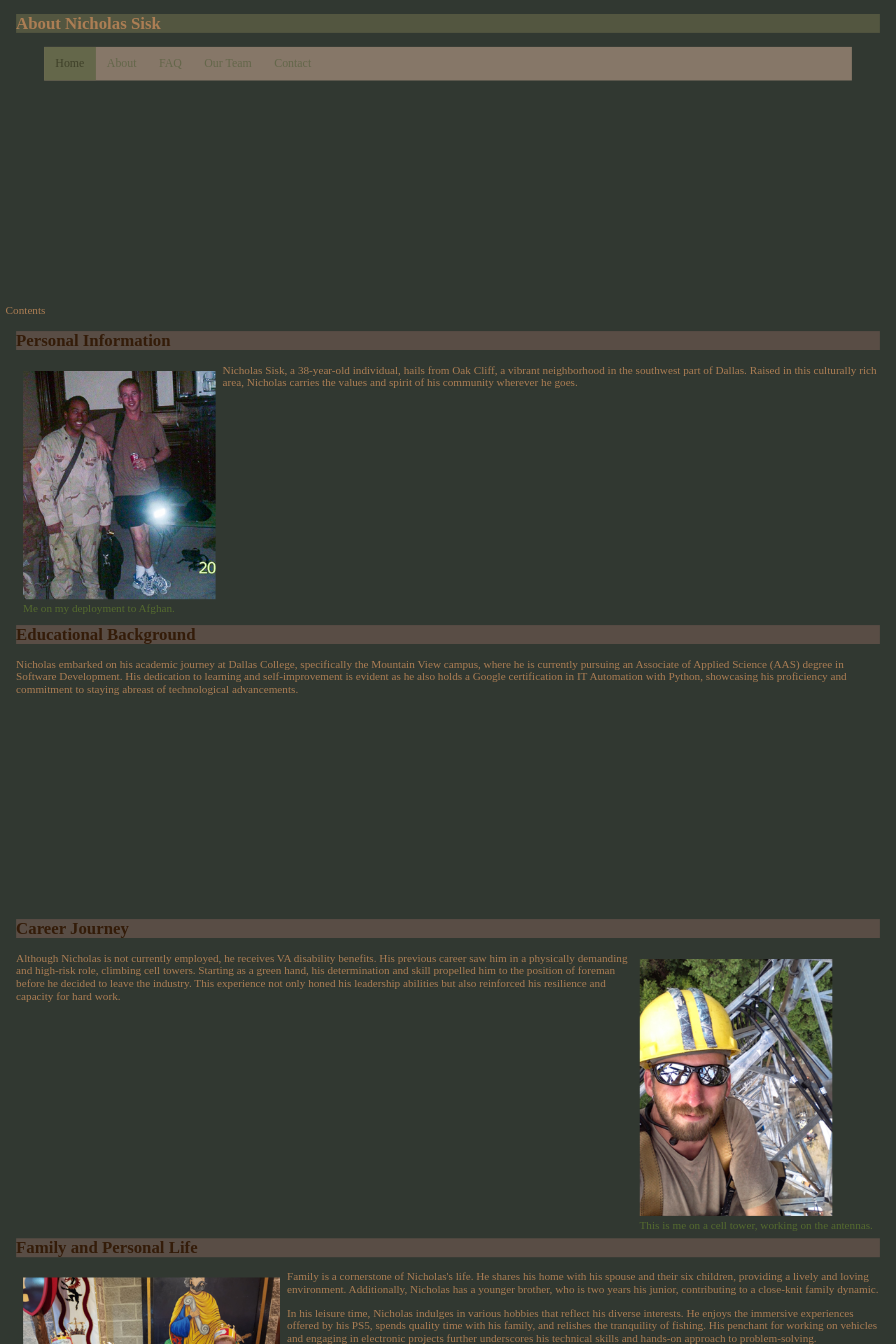
Repository: nsisk1/web-page-project
Page: index.html
An editor plug-in stored every save of this project. The page is shown before and after a run of saves, followed by the edit.
The browser window is 1280 px wide. The pictures show the part of the page from y = 0 to 1920 px (the page is 3947 px tall before and 3952 px after), at 70% of full size.

Above is the page before, as saved 2024-07-31 19:51:38.

### index.html
<!DOCTYPE html>
<html lang="en">
    <head>
        <link rel="stylesheet" href="css/style.css">
        <link rel="stylesheet" href="css/layout.css">
        <meta charset="UTF-8">
        <meta name="viewport" content="width=device-width, initial-scale=1.0">
        <title>About Nicholas Sisk</title>
    </head>
    <body>
        <article class="art">
            <h1>
                About Nicholas Sisk
            </h1>
            <figure>
                <nav class="topnav">
                    <a class="active" href="index.html">Home</a>
                    <a href="about.html">About</a>
                    <a href="faq.html">FAQ</a>
                    <a href="team.html">Our Team</a>
                    <a href="contact-us.html">Contact</a>
                </nav>
            </figure>
        </article>
        <aside>Contents</aside>
        <article class="art">
            <h2>Personal Information</h2>
            <figure class="image">
                <a href="images/afghan-lg.jpg">
                    <img src="images/afghan-thumbnail.jpg" alt="Me on the right, and my best friend on the left.">
                    <figcaption>Me on my deployment to Afghan.</figcaption>
                </a>
            </figure>
            <div class="clear"></div>
            <p>
                Nicholas Sisk, a 38-year-old individual, hails from Oak Cliff, a
                vibrant neighborhood in the southwest part
                of Dallas. Raised in this culturally rich area, Nicholas carries
                the values and spirit of his community
                wherever he goes.
            </p>
        </article>
        <div class="clear"></div>
        <article class="art">
            <h2>Educational Background</h2>
            <p>
                Nicholas embarked on his academic journey at Dallas College,
                specifically the Mountain View campus, where he
                is currently pursuing an Associate of Applied Science (AAS)
                degree in Software Development. His dedication
                to learning and self-improvement is evident as he also holds a
                Google certification in IT Automation with
                Python, showcasing his proficiency and commitment to staying
                abreast of technological advancements.
            </p>
        </article>
        <article class="art">
            <h2>Career Journey</h2>
            <figure class="image">
                <a href="images/tower-lg.jpg">
                    <img src="images/tower-thumbnail.jpg" alt="Me on  cell tower">
                    <figcaption>
                        This is me on a cell tower, working on the antennas.
                    </figcaption>
                </a>
            </figure>
            <div class="clear"></div>
            <p>
                Although Nicholas is not currently employed, he receives VA
                disability benefits. His previous career saw him
                in a physically demanding and high-risk role, climbing cell
                towers. Starting as a green hand, his
                determination and skill propelled him to the position of foreman
                before he decided to leave the industry.
                This experience not only honed his leadership abilities but also
                reinforced his resilience and capacity for
                hard work.
            </p>
        </article>
        <article class="art">
            <h2>Family and Personal Life</h2>
            <figure class="image">
                <a href="images/kids-lg.jpg">
                    <img src="images/kids-thumbnail.jpg" alt="kids at Medieval Times">
                    <figcaption> This is the kids getting VIP treatment at Medieval Times.</figcaption>
                </a>
            </figure>
            <p>
                Family is a cornerstone of Nicholas's life. He shares his home
                with his spouse and their six children,
                providing a lively and loving environment. Additionally,
                Nicholas has a younger brother, who is two years
                his junior, contributing to a close-knit family dynamic.
            </p>
            <p>
                In his leisure time, Nicholas indulges in various hobbies that
                reflect his diverse interests. He enjoys the
                immersive experiences offered by his PS5, spends quality time
                with his family, and relishes the tranquility
                of fishing. His penchant for working on vehicles and engaging in
                electronic projects further underscores his
                technical skills and hands-on approach to problem-solving.
            </p>
        </article>
        <article class="art">
            <h2>Achievements</h2>
            <p>
                One of Nicholas's notable achievements is earning the Google
                certification for IT Automation with Python.
                This certification not only validates his technical expertise
                but also aligns with his career aspirations in
                the field of software development.
            </p>
        </article>
        <article class="art">
            <h2>Future Aspirations</h2>
            <figure class="image">
                <a href="images/nofear-lg.jpg">
                    <img src="images/fear-thumbnail.jpg" alt="Fear is the only thing that can stop you">
                    <figcaption>
                        Fear is the only thing that can stop you.
                    </figcaption>
                </a>
            </figure>
            <p>
                Looking ahead, Nicholas is determined to leverage his education
                and skills to secure a position in the
                software development industry. His goal is to apply his
                knowledge and passion for technology to make
                meaningful contributions to the field, ultimately building a
                successful career.
            </p>
        </article>
        <article class="art">
            <h2>Personal Philosophy and Unique Traits</h2>
            <p>
                A defining trait of Nicholas's character is his unwavering
                determination. He embodies the principle of never
                giving up, regardless of the challenges he faces. This
                resilience is complemented by his belief in the power
                of confidence, inspired by Packnett's assertion that confidence
                is the precursor to success in all
                endeavors.
            </p>
            <p>
                Nicholas is also guided by the inspirational words of Jack
                Canfield: "Everything you want is on the other
                side of fear." This quote resonates deeply with him, serving as
                a constant reminder to push through fears
                and obstacles to achieve his dreams.
            </p>
        </article>
        <article class="art">
            <h2>Conclusion</h2>
            <p>
                Nicholas Sisk is a dedicated and resilient individual with a
                rich personal and professional background. His
                journey from Oak Cliff to pursuing a career in software
                development, combined with his family values and
                personal philosophy, paints a picture of a man committed to
                growth, learning, and making a positive impact
                in his field. With his never-give-up attitude and a clear vision
                for the future, Nicholas is poised to
                achieve his goals and inspire those around him.
            </p>
        </article>
        <footer position="absolute">
            <a href="https://www.dallascollege.edu" target="blank">DallasCollegeHomepage</a>
            <a href="contact-us.html" target="blank">
                Contact Us
            </a>
            <a href="mailto:nsisk1@student.dallascollege.edu">Webmaster</a>
        </footer>
    </body>
</html>

### css/style.css
body {
    background-color: #313831;
    color: #ac7e54
}

h1 {
    background-color: #535640;
    color: #ac7e54;
}

h2 {
    background-color: #594d45;
    color: #341c09;


    form {
        width: 250px;
        text-align: center;
    }
}

footer {
    color: blue;

}

a:link {
    color: darkolivegreen;
    background-color: transparent;
    text-decoration: none;
}

a:visited {
    color: #655949;
    background-color: transparent;
    text-decoration: none;
}

a:hover {
    color: #5c5c5b;
    background-color: transparent;
    text-decoration: underline;
}

a:active {
    color: #5c5c5b;
    background-color: transparent;
    text-decoration: underline;
}

### css/layout.css
.topnav {
    background-color: #867768;
    overflow: hidden;
}

.topnav a {
    float: left;
    color: #64674a;
    text-align: center;
    padding: 14px 16px;
    text-decoration: none;
    font-size: 17px;
}

.topnav a:hover {
    background-color: #584240;
    color: black;
}

.topnav a.active {
    background-color: #64674a;
    color: #3f4129;
}

.image {
    box-sizing: content-box;
    padding: 5px;
    margin: 5px;
    float: left;
    height: auto;
    width: auto;
    display: block;
    clear: both;
}

.art {
    box-sizing: border-box;
    height: 400px;
    width: auto;
    margin: 15px;
    clear: both;
}

article:nth-child(even)>figure {
    float: right;
}



.row {
    display: flex;
    flex-direction: row;
    justify-content: flex-start;
    align-items: flex-start;
    align-content: flex-start;
}

.column {
    flex: 0 1 auto;
    width: 250px;
    border: #584240 solid;
    align-self: auto;
}
.column>img {
    width: 240px;
}

.aside {
    display: grid;
}

After the next 4 saves:
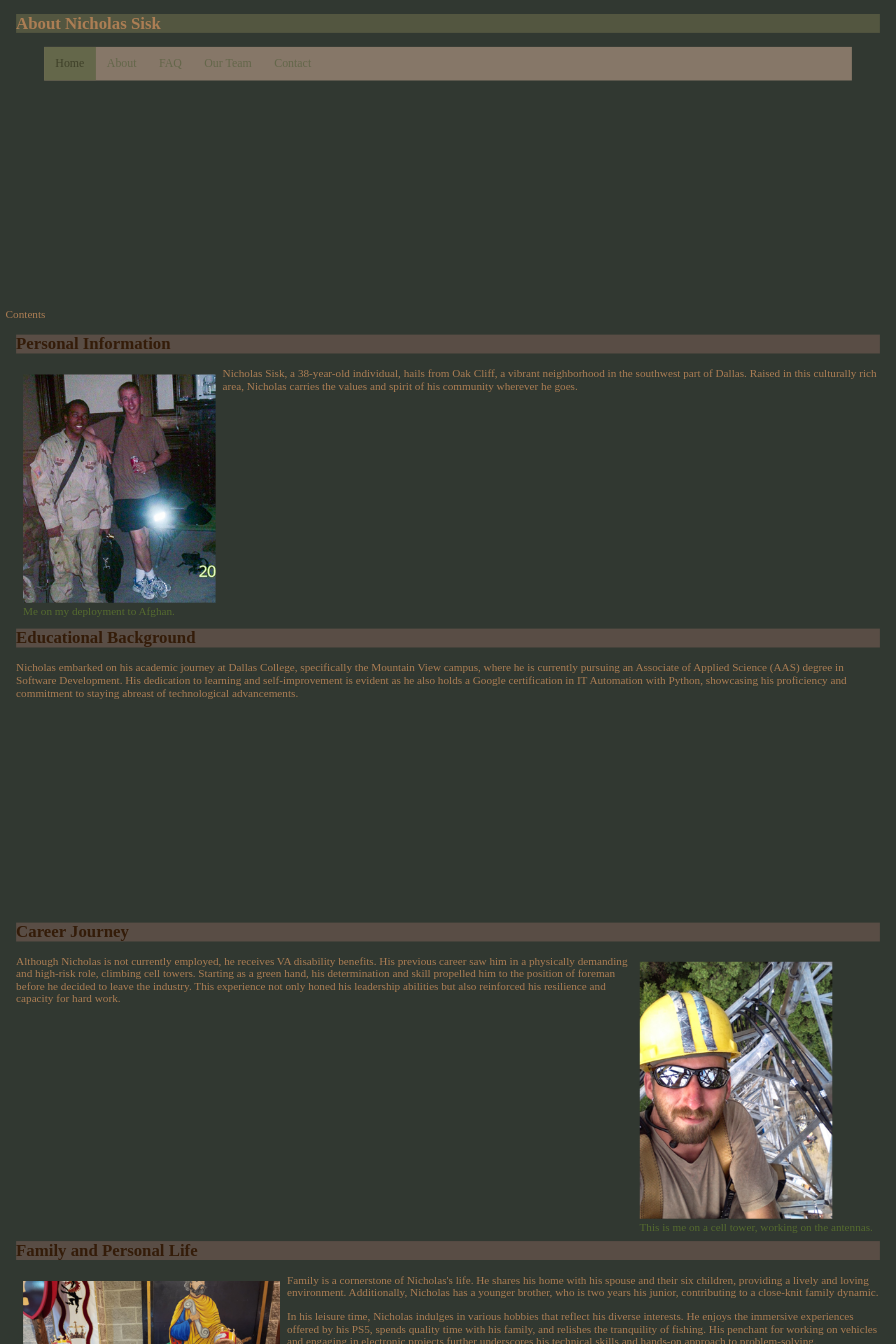
The 4 saves are shown as one change because they came seconds apart.
The last was saved 12 min 44 s later.
--- a/index.html
+++ b/index.html
@@ -22,7 +22,8 @@
                 </nav>
             </figure>
         </article>
-        <aside>Contents</aside>
+        <aside>
+            <h1></h1>Contents</aside>
         <article class="art">
             <h2>Personal Information</h2>
             <figure class="image">
